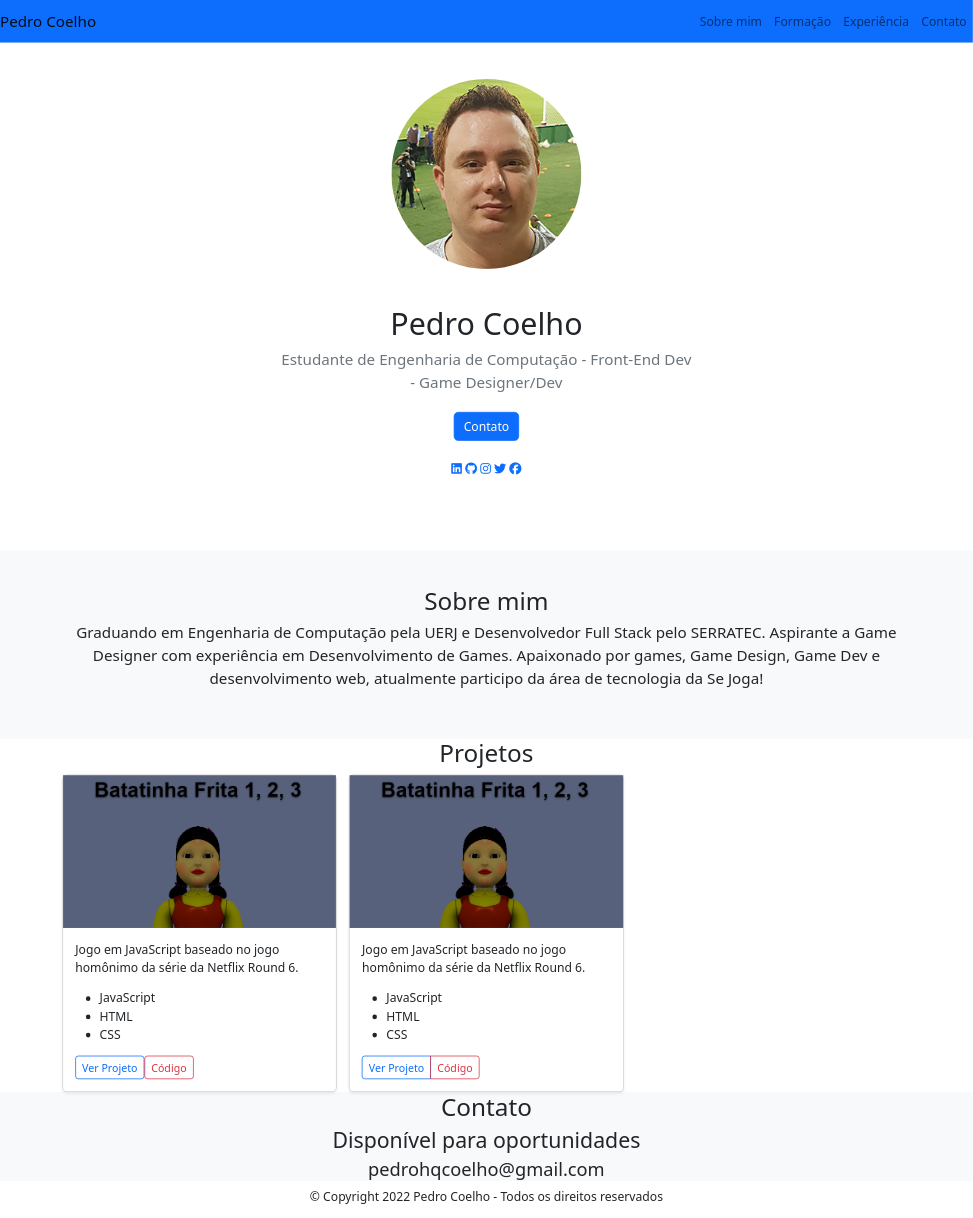
Repository: PedroHQCoelho/portfolio
Page: index.html
An editor plug-in stored every save of this project. The page is shown before and after the next save, followed by the edit.
The browser window is 1280 px wide. The pictures show the whole page, at 76% of full size.
Some web libraries are served in a nearby version.

Above is the page before, as saved 2022-05-26 18:42:25.

### index.html
<!DOCTYPE html>
<html lang="pt-BR">
<head>
    <meta charset="UTF-8">
    <meta http-equiv="X-UA-Compatible" content="IE=edge">
    <meta name="viewport" content="width=device-width, initial-scale=1.0">
    <title>Pedro Coelho - Portfólio</title>
    <link href="https://cdn.jsdelivr.net/npm/bootstrap@5.2.0-beta1/dist/css/bootstrap.min.css" rel="stylesheet" integrity="sha384-0evHe/X+R7YkIZDRvuzKMRqM+OrBnVFBL6DOitfPri4tjfHxaWutUpFmBp4vmVor" crossorigin="anonymous">
    <script src="https://cdn.jsdelivr.net/npm/bootstrap@5.2.0-beta1/dist/js/bootstrap.bundle.min.js" integrity="sha384-pprn3073KE6tl6bjs2QrFaJGz5/SUsLqktiwsUTF55Jfv3qYSDhgCecCxMW52nD2" crossorigin="anonymous"></script>
    <script src="https://cdn.jsdelivr.net/npm/@popperjs/core@2.11.5/dist/umd/popper.min.js" integrity="sha384-Xe+8cL9oJa6tN/veChSP7q+mnSPaj5Bcu9mPX5F5xIGE0DVittaqT5lorf0EI7Vk" crossorigin="anonymous"></script>
    <script src="https://cdn.jsdelivr.net/npm/bootstrap@5.2.0-beta1/dist/js/bootstrap.min.js" integrity="sha384-kjU+l4N0Yf4ZOJErLsIcvOU2qSb74wXpOhqTvwVx3OElZRweTnQ6d31fXEoRD1Jy" crossorigin="anonymous"></script>
    <script src="https://kit.fontawesome.com/65e0a77774.js" crossorigin="anonymous"></script>
    <link rel="stylesheet" href="style.css">
</head>
<body>
    <nav class="navbar navbar-expand-lg navbar-light bg-primary">
        <a class="navbar-brand" href="#">Pedro Coelho</a>
        <button class="navbar-toggler" type="button" data-toggle="collapse" data-target="#navbarSupportedContent" aria-controls="navbarSupportedContent" aria-expanded="false" aria-label="Toggle navigation">
          <span class="navbar-toggler-icon"></span>
        </button>

        <div class="collapse navbar-collapse" id="navbarSupportedContent">
          <ul class="navbar-nav me-auto">

          </ul>
          <ul class="navbar-nav">
            <li class="nav-item">
                <a class="nav-link" href="#">Sobre mim</a>
            </li>
            <li class="nav-item">
                <a class="nav-link" href="#">Formação</a>
            </li>
            <li class="nav-item">
                <a class="nav-link" href="#">Experiência</a>
            </li>
            <li class="nav-item">
                <a class="nav-link" href="#">Contato</a>
            </li>
          </ul>
        </div>
    </nav>

    <section class="py-5 text-center container">
        <img class="foto-perfil" src="img/foto-rosto.png" alt="foto perfil">
        <div class="row py-lg-5">
            <div class="col-lg-6 col-md-8 mx-auto">
            <h1 class="fw-light">Pedro Coelho</h1>
            <p class="lead text-muted">Estudante de Engenharia de Computação - Front-End Dev - Game Designer/Dev</p>
            <p>
              <a href="#" class="btn btn-primary my-2">Contato</a>
            </p>
            <a href="https://www.linkedin.com/in/pedrohqcoelho/" target="_blank" title="Linkedin - Pedro Coelho"><i class="fab fa-linkedin"></i></a>
            <a href="https://github.com/PedroHQCoelho" target="_blank" title="Github - PedroHQCoelho"><i class="fab fa-github"></i></a>
            <a href="https://www.instagram.com/pedro.hq.coelho/" target="_blank" title="Instagram - @pedro.hq.coelho"><i class="fab fa-instagram"></i></a>
            <a href="https://twitter.com/pedrohqcoelho" target="_blank" title="Twitter - @pedrohqcoelho"><i class="fab fa-twitter"></i></a>
            <a href="https://www.facebook.com/pedrohqcoelho" target="_blank" title="Facebook - Pedro Coelho"><i class="fab fa-facebook"></i></a>
          </div>
        </div>
    </section>

    <div class="album py-5 bg-light">

        <!--Sobre mim-->

        <section class="jumbotron text-center">
          <div class="container">
            <h2 class="jumbotron heading">Sobre mim</h2>
            <p class="lead">
              Graduando em Engenharia de Computação pela UERJ e Desenvolvedor Full Stack pelo SERRATEC.
              Aspirante a Game Designer com experiência em Desenvolvimento de Games.
              Apaixonado por games, Game Design, Game Dev e desenvolvimento web, atualmente participo da área de tecnologia da Se Joga!
            </p>
          </div>
        </section>
      </div>

        <!--Projetos-->

        <div class="container">
          <h2 class="jumbotron heading text-center">Projetos</h2>
          <div class="row row-cols-1 row-cols-sm-2 row-cols-md-3 g-3">
            <div class="col">
              <div class="card shadow-sm">
                <img src="img/batatinhafrita123.png" alt="">
                <div class="card-body">
                  <p class="card-text">Jogo em JavaScript baseado no jogo homônimo da série da Netflix Round 6.</p>
                  <ul>
                    <li>JavaScript</li>
                    <li>HTML</li>
                    <li>CSS</li>
                  </ul>
                  <div class="d-flex justify-content-between align-items-center">
                    <div class="btn-group">
                      <a href="https://batatinha-frita-1-2-3.netlify.app/" target="_blank" rel="noopener noreferrer">
                        <button type="button" class="btn btn-sm btn-outline-primary">Ver Projeto</button>
                      </a>
                      <a href="https://github.com/PedroHQCoelho/batatinha-frita-1-2-3" target="_blank" rel="noopener noreferrer">
                        <button type="button" class="btn btn-sm btn-outline-danger">Código</button>
                      </a>
                    </div>
                  </div>
                </div>
              </div>
            </div>
            <div class="col">
              <div class="card shadow-sm">
                <img src="img/batatinhafrita123.png" alt="">
                <div class="card-body">
                  <p class="card-text">Jogo em JavaScript baseado no jogo homônimo da série da Netflix Round 6.</p>
                  <ul>
                    <li>JavaScript</li>
                    <li>HTML</li>
                    <li>CSS</li>
                  </ul>
                  <div class="d-flex justify-content-between align-items-center">
                    <div class="btn-group">
                      <button type="button" class="btn btn-sm btn-outline-primary">Ver Projeto</button>
                      <button type="button" class="btn btn-sm btn-outline-danger">Código</button>
                    </div>
                  </div>
                </div>
              </div>
            </div>
          </div>
        </div>

        <!--Contato-->
        <section>
          <div class="container-fluid bg-light">
            <h2 class="jumbotron heading text-center">Contato</h2>
            <h3 class="text-center">Disponível para oportunidades</h3>
            <h4 class="text-center">pedrohqcoelho@gmail.com</h4>
          </div>
        </section>

        <!--Footer-->
        <footer class="text-center">
          <p>© Copyright 2022 Pedro Coelho - Todos os direitos reservados</p>
        </footer>
</body>
</html>

### style.css
.foto-perfil {
    height: 100%;
    width: auto;
    max-width: 100%;
    border-radius: 50%;
}

After the next save:
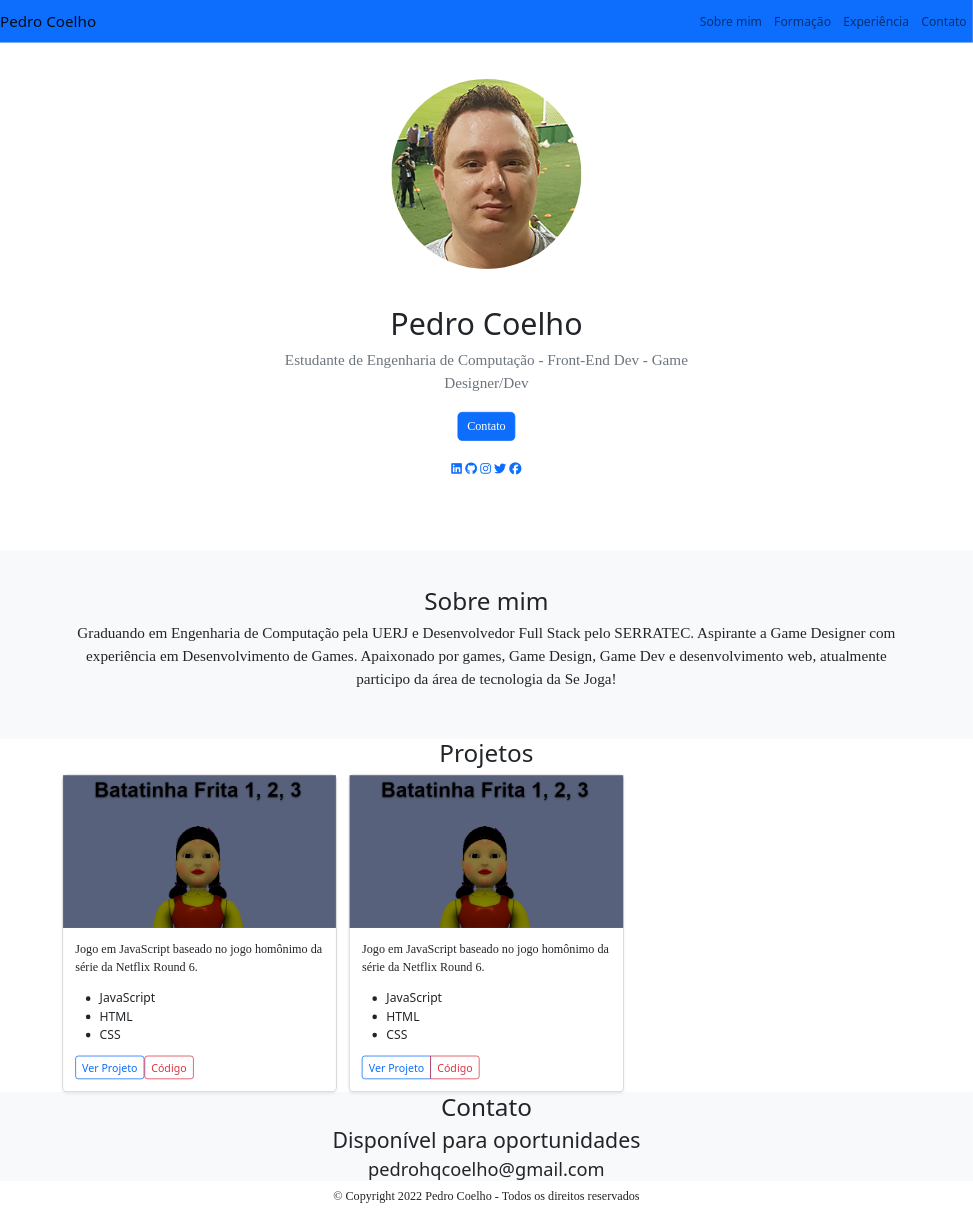
Saved 2 min 28 s later.
--- a/style.css
+++ b/style.css
@@ -4,3 +4,7 @@
     max-width: 100%;
     border-radius: 50%;
 }
+
+p {
+    font-family:'Times New Roman', Times, serif;
+}
